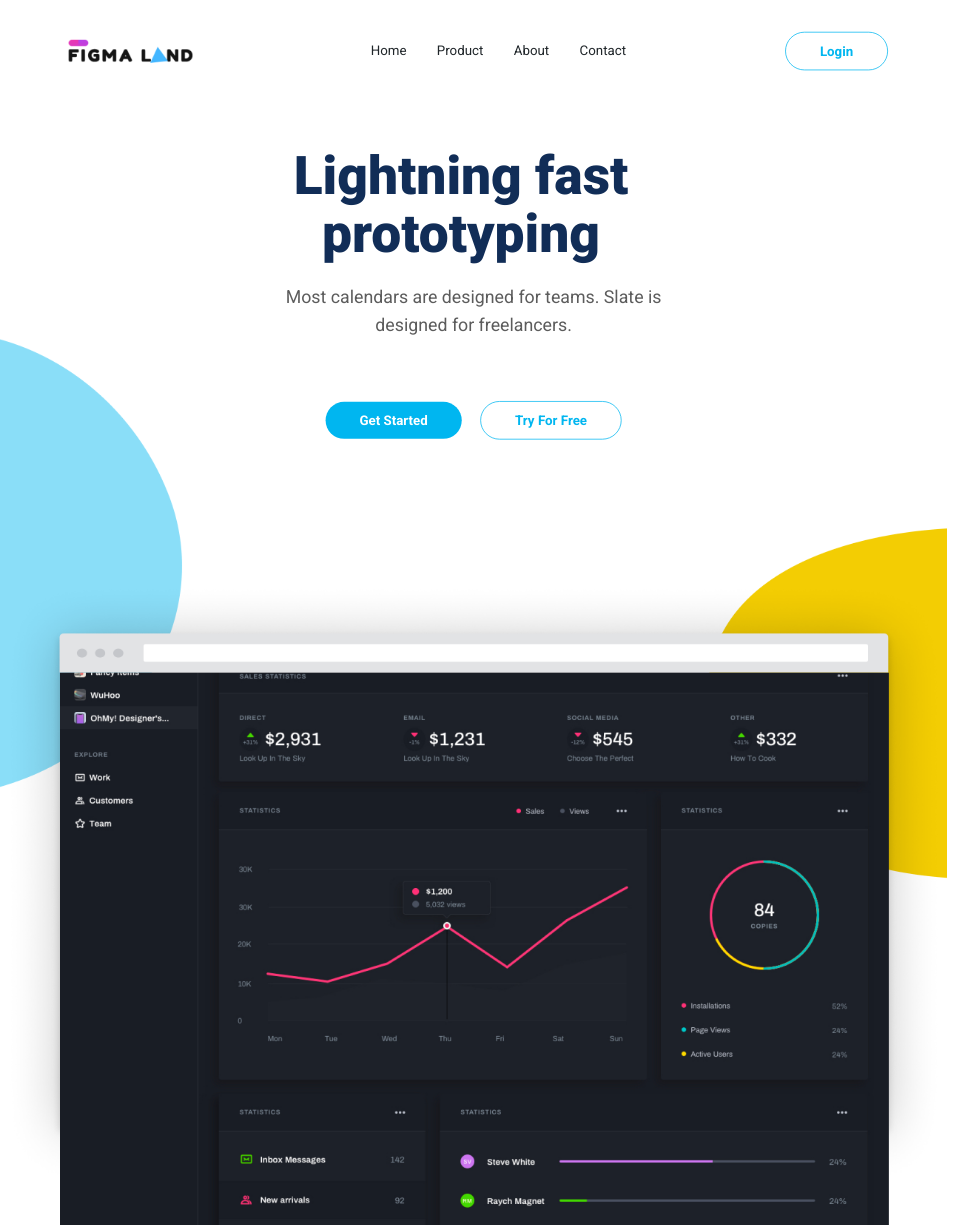
Repository: tungcutte35/Figma-Land
Page: sass/index.html
The author's editor kept a copy of each file at every save. The page is drawn from the files as they stood at one save, then again after the next save.
The browser window is 1280 px wide. The page is 1280 px wide, then 1300 px, so the pictures cover 1300 px, including what lies to the right of the window. The pictures show the whole page, at 74% of full size.
The style sheet was rebuilt from its Sass, Less or Tailwind sources for each picture, by a compiler version that may differ from the author's.

Above is the page before, as saved 2021-10-23 16:48:50.

### sass/index.html
<!DOCTYPE html>
<html lang="en">
<head>
  <meta charset="UTF-8">
  <meta http-equiv="X-UA-Compatible" content="IE=edge">
  <meta name="viewport" content="width=device-width, initial-scale=1.0">
  <title>Figma Land</title>
  <link rel="stylesheet" href="./css/app.css">
  <link rel="preconnect" href="https://fonts.googleapis.com">
  <link rel="preconnect" href="https://fonts.gstatic.com" crossorigin>
  <link href="https://fonts.googleapis.com/css2?family=Roboto:wght@400;700;900&display=swap" rel="stylesheet">
</head>
<body>
 <div class="wrapper">
   <header class="header">
    <div class="container">
      <div class="header-container">
        <div class="header-img">
          <a href="#">
            <img srcset="./images/logo.png 2x" alt="">
          </a>
        </div>
        <ul class="menu">
          <li class="menu-item">
            <a href="#" class="menu-link">Home</a>
          </li>
          <li class="menu-item">
            <a href="#" class="menu-link">Product</a>
          </li>
          <li class="menu-item">
            <a href="#" class="menu-link">About</a>
          </li>
          <li class="menu-item">
            <a href="#" class="menu-link">Contact</a>
          </li>
        </ul>
        <div class="header-login">
          <button class="button button--outline">Login</button>
        </div>

      </div>
    </div>
   </header>
   <section class="lightning">
     <div class="container">
       <div class="lightning-container">
         <div class="lightning-header">
           <h2 class="lightning-heading">Lightning fast
            prototyping</h2>
           <p class="text lightning-content">
            Most calendars are designed for teams. Slate is
            designed for freelancers.
           </p>
           <div class="lightning-button">
             <button class="button button--primary">Get Started</button>
             <button class="button button--outline">Try For Free</button>
           </div>
         </div>
       </div>
       <img srcset="./images/img.png 2x" alt="" class="lightning-img">
         <img srcset="./images/Vector.png 2x" alt="" class="lightning-vector1">
         <img srcset="./images/Vector2.png 2x" alt="" class="lightning-vector2">
     </div>
   </section>

 </div>
</body>
</html>

### sass/app.scss
@import "./reset";
@import "./variables";
@import "./global";
@import "./header";
@import "./menu";
@import "./lightning";

### sass/_variables.scss
$font: "Roboto", sans-serif;
$primary-color: #00b6f0;
$heading-color: #20262a;
$text-color: #5c5c5c;
$secondary-color: #112d57;

### sass/_global.scss
.wrapper {
  max-width: 1282px;
  margin: 0 auto;
}
.container {
  max-width: 1160px;
  margin: 0 auto;
  padding: 0 20px;
}
body {
  font-family: $font;
  line-height: 1;
  font-size: 18px;
  color: $heading-color;
}
ul {
  list-style-type: none;
}
.button {
  display: inline-flex;
  justify-content: center;
  align-items: center;
  font-size: 18px;
  font-weight: 700;
  // height: 50px;
  line-height: 1;
  font-family: $font;
  padding: 16px 46px;
  border-radius: 85px;
  background-color: transparent;
  border: 0;
  outline: none;
  cursor: pointer;
  transition-duration: 0.4s;

  &--primary {
    color: #fff;
    background-color: $primary-color;
    &:hover {
      color: $primary-color;
      background-color: transparent;
      border: 1.4px solid $primary-color;
    }
  }
  &--outline {
    color: $primary-color;
    border: 1.4px solid $primary-color;
    &:hover {
      background-color: $primary-color;
      color: white;
    }
  }
}

.heading {
  color: $heading-color;
  font-weight: 700;
  font-size: 56px;
  line-height: calc(65 / 56);
}
.text {
  font-size: 24px;
  font-weight: 450;
  color: $text-color;
  line-height: calc(38 / 24);
}

### sass/_header.scss
.header {
  margin-top: 30px;
  margin-bottom: 91px;

  &-container {
    display: flex;
    justify-content: space-between;
    align-items: center;
  }
}

### sass/_menu.scss
.menu {
  display: flex;

  gap: 0 41px;
  &-item {
    display: flex;
    align-items: center;
    justify-content: center;
  }
  &-link {
    color: inherit;
    &:after {
      display: block;
      content: "";
      border-bottom: solid 2px $primary-color;
      transform: scaleX(0);
      transition: transform 250ms ease-in-out;
    }
    &:hover:after {
      transform: scaleX(1);
    }
    &:hover {
      color: $primary-color;
    }
  }
}

### sass/_lightning.scss
.lightning {
  &-container {
    display: flex;
    align-items: center;
    justify-content: center;
    gap: 0 25px;
    position: relative;
  }
  &-header {
    text-align: center;
    max-width: 544px;
  }
  &-heading {
    max-width: 510px;
    font-weight: 900;
    font-size: 72px;
    line-height: calc(78 / 72);
    color: $secondary-color;
    margin-bottom: 27px;
  }
  &-content {
    margin-bottom: 84px;
  }
  &-button {
    display: flex;
    align-items: center;
    justify-content: center;
    gap: 0 25px;
    margin-bottom: 45px;
  }
  &-vector1 {
    position: absolute;
    left: 0;
    bottom: -50%;
  }
  &-vector2 {
    position: absolute;
    right: 0;
    bottom: -65%;
  }
  &-img {
    position: absolute;
    bottom: -130%;
    left: 0;
    z-index: 99;
  }
}

Loaded but not shown: sass/_reset.scss (common file)

After the next save:
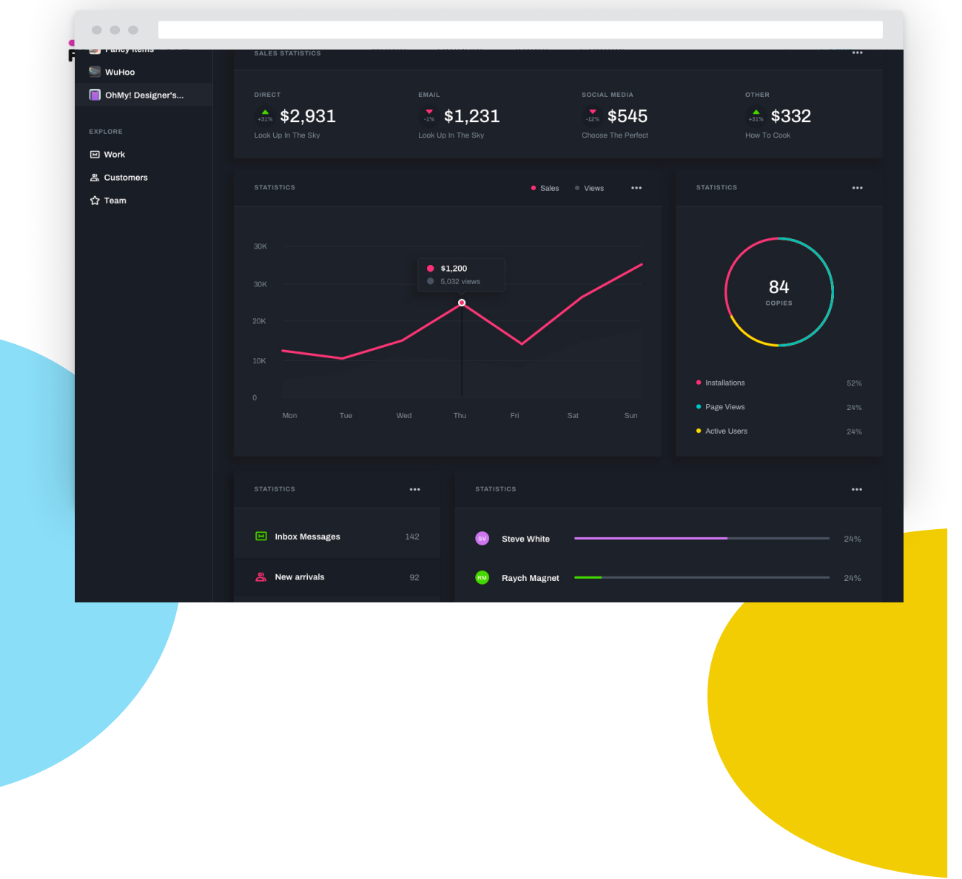
Saved 2 min 11 s later.
--- a/sass/_lightning.scss
+++ b/sass/_lightning.scss
@@ -40,8 +40,8 @@
   }
   &-img {
     position: absolute;
-    bottom: -130%;
-    left: 0;
+    bottom: -13%;
+    left: 20px;
     z-index: 99;
   }
 }
